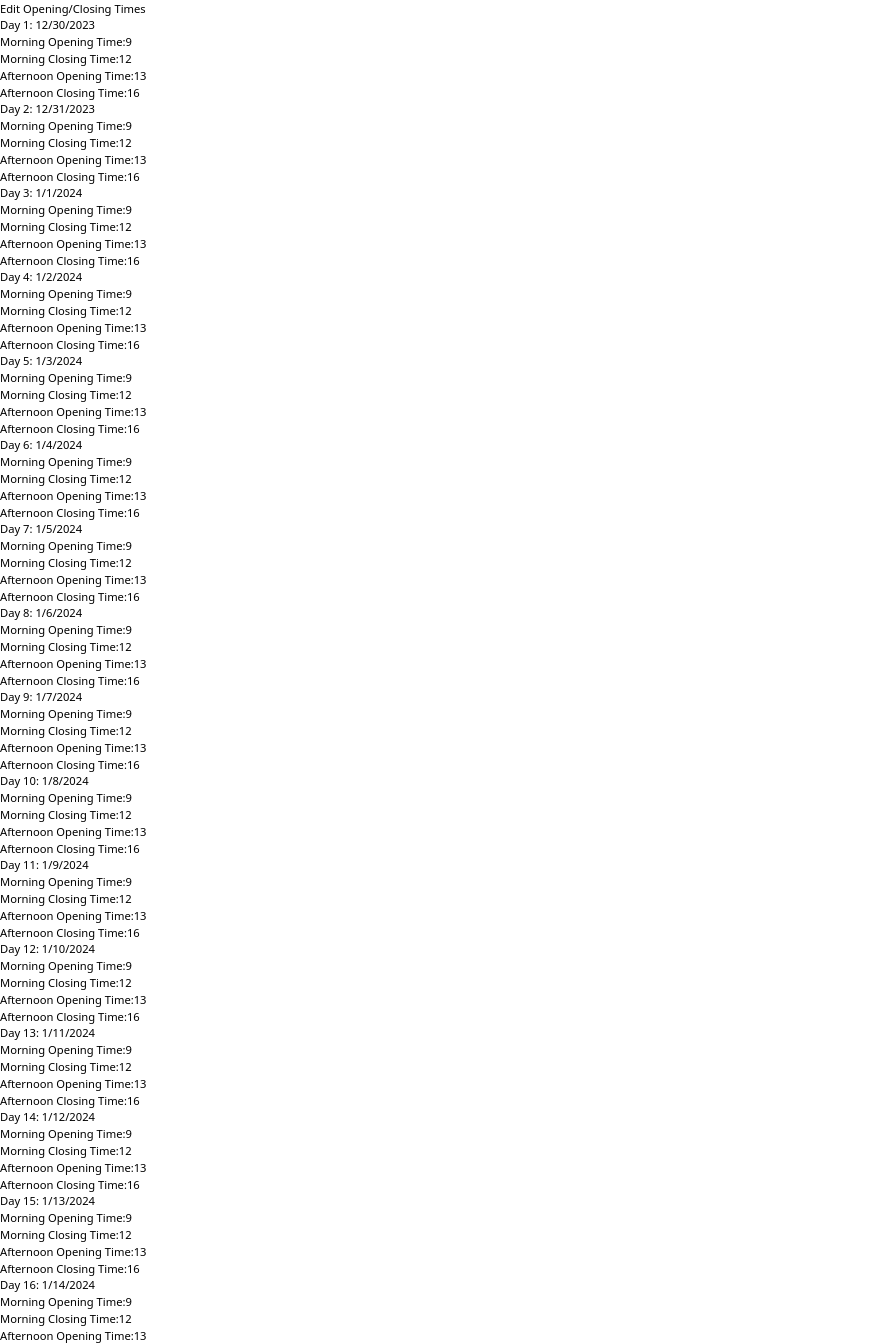
Repository: ImedBousakhria/appointment_system_prototype
Page: /
The author's editor kept a copy of each file at every save. The page is drawn from the files as they stood at one save, then again after the next save.
The browser window is 1280 px wide. The pictures show the part of the page from y = 0 to 1920 px (the page is 3648 px tall before and 3672 px after), at 70% of full size.
The project was rebuilt for these pictures with package versions that can differ from the ones it lists, and the page was loaded fresh each time. Also part of the build but not shown: vite.config.js, src/Calendar.css.

Above is the page before, as saved 2024-01-04 03:27:10.

### src/main.jsx
import React from 'react'
import ReactDOM from 'react-dom/client'
import './index.css'
import Calendar from './Calendar'
import "./Calendar.css"
import Availability from './Availability'
import { getDaysArray } from './consts/config'

ReactDOM.createRoot(document.getElementById('root')).render(
  <React.StrictMode>
    <Availability daysArray={getDaysArray()} />
  </React.StrictMode>,
)

### src/index.css
/* styles.css */

@import 'tailwindcss/base';
@import 'tailwindcss/components';
@import 'tailwindcss/utilities';

/* Your custom styles go here */

### src/Availability.jsx
import React, { useState } from "react";
import { getDaysArray } from "./consts/config";

const Availability = ({ daysArray, onUpdateDaysArray }) => {
  const [editedDaysArray, setEditedDaysArray] = useState([...daysArray]);

  const handleInputChange = (dayIndex, period, field, value) => {
    setEditedDaysArray((prevDaysArray) => {
      const updatedDaysArray = [...prevDaysArray];
      updatedDaysArray[dayIndex][period][field] = value;
      return updatedDaysArray;
    });
  };

  const handleUpdateClick = () => {
    onUpdateDaysArray([...editedDaysArray]);
  };

  return (
    <div>
      <h2>Edit Opening/Closing Times</h2>
      {editedDaysArray.map((day, index) => (
        <div key={index}>
          <p>{`Day ${index + 1}: ${day.date.toLocaleDateString()}`}</p>
          <div>
            <label>Morning Opening Time:</label>
            <input
              type="number"
              value={day.morning.openingTime}
              onChange={(e) =>
                handleInputChange(
                  index,
                  "morning",
                  "openingTime",
                  parseInt(e.target.value, 10)
                )
              }
            />
          </div>
          <div>
            <label>Morning Closing Time:</label>
            <input
              type="number"
              value={day.morning.closingTime}
              onChange={(e) =>
                handleInputChange(
                  index,
                  "morning",
                  "closingTime",
                  parseInt(e.target.value, 10)
                )
              }
            />
          </div>
          <div>
            <label>Afternoon Opening Time:</label>
            <input
              type="number"
              value={day.afternoon.openingTime}
              onChange={(e) =>
                handleInputChange(
                  index,
                  "afternoon",
                  "openingTime",
                  parseInt(e.target.value, 10)
                )
              }
            />
          </div>
          <div>
            <label>Afternoon Closing Time:</label>
            <input
              type="number"
              value={day.afternoon.closingTime}
              onChange={(e) =>
                handleInputChange(
                  index,
                  "afternoon",
                  "closingTime",
                  parseInt(e.target.value, 10)
                )
              }
            />
          </div>
        </div>
      ))}
      <button onClick={handleUpdateClick}>Update</button>
    </div>
  );
};

// Example usage in another component
const YourComponent = () => {
  const [daysArray, setDaysArray] = useState(getDaysArray());

  const handleUpdateDaysArray = (updatedDaysArray) => {
    // You can perform any necessary validation or processing here
    setDaysArray(updatedDaysArray);
  };

  return (
    <div>
      {/* Your existing components */}
      {/* ... */}
      {/* DaysArrayEditor component */}
      <Availability
        daysArray={daysArray}
        onUpdateDaysArray={handleUpdateDaysArray}
      />
    </div>
  );
};

export default Availability;

### src/consts/config.js
export const OPENING_TIME_MORNING = 9; // in hours
export const CLOSING_TIME_MORNING = 12; // in hours
export const OPENING_TIME_AFTERNOON = 13; // in hours
export const CLOSING_TIME_AFTERNOON = 16; // in hours
export const INTERVAL = 30; // every 30 minutes

export const getDaysArray = () => {
  const currentDate = new Date();
  const currentYear = currentDate.getFullYear();
  const currentMonth = currentDate.getMonth();
  const currentDay = currentDate.getDate();

  const daysArray = [];
  const daysToGenerate = 30;

  for (let dayOffset = 0; dayOffset < daysToGenerate; dayOffset++) {
    const date = new Date(currentYear, currentMonth, currentDay + dayOffset);
    daysArray.push({
      date,
      morning: {
        openingTime: OPENING_TIME_MORNING,
        closingTime: CLOSING_TIME_MORNING,
      },
      afternoon: {
        openingTime: OPENING_TIME_AFTERNOON,
        closingTime: CLOSING_TIME_AFTERNOON,
      },
    });
  }

  return daysArray;
};

### tailwind.config.js
/** @type {import('tailwindcss').Config} */
module.exports = {
  content: ["./src/**/*.{js,jsx,ts,tsx}"],
  theme: {
    extend: {
      colors: {

      },
    },
  },
  plugins: [],
};

### src/Calendar.jsx
import React, { useState, useEffect } from "react";
import { motion } from "framer-motion";
import ReactCalendar from "react-calendar";
import { FixedSizeList } from "react-window";
import { add, format } from "date-fns";
import { getDaysArray, INTERVAL } from "./consts/config";

const TimeRow = ({ index, style, data, activeTime, onClick }) => {
  const isActive = activeTime
    ? activeTime.getTime() === data[index].getTime()
    : false;

  return (
    <div
      style={{ ...style }}
      className={`py-2 px-3 cursor-pointer font-semibold hover:bg-gray-200 rounded-md my-3 ${
        isActive ? " bg-blue-200 hover:bg-blue-200" : ""
      }`}
      onClick={() => onClick(data[index])}
    >
      {format(data[index], "kk:mm")}
    </div>
  );
};

const TimeSelection = ({ allTimes, activeTime, onClick, onBack }) => (
  <motion.div
    initial={{ opacity: 0, x: -20 }}
    animate={{
      opacity: 1,
      x: 0,
      transition: { type: "spring", stiffness: 120 },
    }}
    className="bg-white flex flex-col justify-around px-3 py-2 rounded-md"
  >
    <div className="mb-3 border-b pb-2 flex justify-between items-center px-1">
      <h4 className="">Selected time slot:</h4>
      <span
        onClick={onBack}
        className="border p-1.5 cursor-pointer hover:bg-gray-300"
      >
        Back
      </span>
    </div>
    <FixedSizeList
      height={360}
      width={200}
      itemSize={50}
      itemCount={allTimes.length}
      itemData={{
        times: allTimes,
        activeTime,
        onClick,
      }}
    >
      {({ index, style }) => (
        <TimeRow
          index={index}
          style={style}
          data={allTimes}
          activeTime={activeTime}
          onClick={onClick}
        />
      )}
    </FixedSizeList>
  </motion.div>
);

/* const DateSelection = ({ onSelectDate, onNext }) => (
  <motion.div
    initial={{ opacity: 0, x: -20 }}
    animate={{
      opacity: 1,
      x: 0,
      transition: { type: "spring", stiffness: 120 },
    }}
    className="bg-white flex flex-col justify-around pl-3 py-2 pr-3 rounded-md"
  >
    <ReactCalendar
      minDate={new Date()}
      className="REACT-CALENDAR"
      view="month"
      onClickDay={onSelectDate}
    />
    <button
      onClick={onNext}
      className="mt-3 bg-blue-500 text-white p-2 rounded"
    >
      Next
    </button>
  </motion.div>
); */

export const Calendar = () => {
  const [date, setDate] = useState({
    justDate: undefined,
    dateTime: undefined,
  });

  const [activeTime, setActiveTime] = useState(null);
  const [showCalendar, setShowCalendar] = useState(false);
  const [showTimeSelection, setShowTimeSelection] = useState(false);
  const daysArray = getDaysArray();

  const getTimes = () => {
    if (!date.justDate) return [];
    const { justDate } = date;
    const selectedDay = daysArray.find(
      (day) => day.date.getTime() === justDate.getTime()
    );
    console.log(selectedDay);

    const beginningMorning = add(justDate, {
      hours: selectedDay.morning.openingTime,
    });
    const endMorning = add(justDate, {
      hours: selectedDay.morning.closingTime,
    });
    const beginningAfternoon = add(justDate, {
      hours: selectedDay.afternoon.openingTime,
    });
    const endAfternoon = add(justDate, {
      hours: selectedDay.afternoon.closingTime,
    });
    const interval = INTERVAL;

    const times = [];
    for (
      let i = beginningMorning;
      i <= endMorning;
      i = add(i, { minutes: interval })
    ) {
      times.push(new Date(i));
    }

    // Generate times for the afternoon
    for (
      let i = beginningAfternoon;
      i <= endAfternoon;
      i = add(i, { minutes: interval })
    ) {
      times.push(new Date(i));
    }
    return times;
  };

  const handleDateClick = (selectedDate) => {
    setDate((prev) => ({ ...prev, justDate: selectedDate }));
    setActiveTime(null); // Reset active time when a new date is selected
  };

  const handleTimeRowClick = (selectedTime) => {
    setActiveTime(selectedTime);
    // Do something with the selected time, e.g., update state
    console.log(activeTime);
  };

  const handleTimeSelectionBackClick = () => {
    // Reset date and active time when going back from time selection
    setDate((prevDate) => ({ ...prevDate, justDate: undefined }));
    setActiveTime(null);
    setShowTimeSelection(false);
  };

  const handleNextButtonClick = () => {
    setShowTimeSelection(true);
  };

  const handleCalendarClose = () => {
    // Reset date and hide the calendar
    setDate((prevDate) => ({ ...prevDate, justDate: undefined }));
    setShowCalendar(false);
  };

  const [allTimes, setAllTimes] = useState([]);

  useEffect(() => {
    // Update allTimes when date.justDate changes
    setAllTimes(getTimes());
  }, [date.justDate, showTimeSelection]);

  return (
    <div className="bg-slate-600 flex w-screen gap-6 justify-center">
      <div className="">
        {!showCalendar && !showTimeSelection && (
          <h2 onClick={() => setShowCalendar(true)}>Select a Date</h2>
        )}

        {showCalendar && !showTimeSelection && (
          <motion.div
            initial={{ opacity: 0, x: -20 }}
            animate={{
              opacity: 1,
              x: 0,
              transition: { type: "spring", stiffness: 120 },
            }}
            className="bg-white flex flex-col justify-around pl-3 py-2 pr-3 rounded-md"
          >
            <ReactCalendar
              minDate={new Date()}
              className="REACT-CALENDAR"
              view="month"
              onClickDay={handleDateClick}
            />
            {date.justDate && (
              <motion.button
                onClick={handleNextButtonClick}
                className="mt-3 bg-blue-500 text-white p-2 rounded"
                initial={{ opacity: 0, x: -20 }}
                animate={{
                  opacity: 1,
                  x: 0,
                  transition: { type: "spring", stiffness: 80 },
                }}
              >
                Next
              </motion.button>
            )}
            <button
              onClick={handleCalendarClose}
              className="mt-3 bg-red-500 text-white p-2 rounded"
            >
              Close
            </button>
          </motion.div>
        )}
      </div>
      {date.justDate && showTimeSelection && (
        <div className="">
          <TimeSelection
            allTimes={allTimes}
            activeTime={activeTime}
            onClick={handleTimeRowClick}
            onBack={handleTimeSelectionBackClick}
          />
        </div>
      )}
      <div className=" bg-blue-600" onClick={() => console.log(getDaysArray())}>
        {" "}
        Click here to display all days
      </div>
      {/* <InlineWidget url="https://calendly.com/bousakhriaimed" /> */}
    </div>
  );
};

export default Calendar;

/* import React, { useState } from "react";
import { motion, useAnimation } from "framer-motion";
import { InlineWidget } from "react-calendly";
import ReactCalendar from "react-calendar";
import { FixedSizeList } from "react-window";
import { add, format } from "date-fns";
import {
  OPENING_TIME_MORNING,
  CLOSING_TIME_MORNING,
  OPENING_TIME_AFTERNOON,
  CLOSING_TIME_AFTERNOON,
  INTERVAL,
} from "./consts/config";

export const Calendar = () => {
  const [date, setDate] = useState({
    justDate: undefined,
    dateTime: undefined,
  });

  const [activeTime, setActiveTime] = useState(null);

  const getTimes = (openingTime, closingTime) => {
    if (!date.justDate) return [];
    const { justDate } = date;
    const beginning = add(justDate, { hours: openingTime });
    const end = add(justDate, { hours: closingTime });
    const interval = INTERVAL;

    const times = [];
    for (let i = beginning; i <= end; i = add(i, { minutes: interval })) {
      times.push(new Date(i));
    }
    return times;
  };

  const morningTimes = getTimes(OPENING_TIME_MORNING, CLOSING_TIME_MORNING);
  const afternoonTimes = getTimes(
    OPENING_TIME_AFTERNOON,
    CLOSING_TIME_AFTERNOON
  );
  const handleDateClick = (selectedDate) => {
    setDate((prev) => ({ ...prev, justDate: selectedDate }));
    setActiveTime(null); // Reset active time when a new date is selected
  };

  const handleTimeRowClick = (selectedTime) => {
    setActiveTime(selectedTime);
    // Do something with the selected time, e.g., update state
    console.log(activeTime);
  };

  // Concatenate morningTimes and afternoonTimes into a single array
  const allTimes = [...morningTimes, ...afternoonTimes];
  return (
    <div className=" bg-slate-600 flex w-screen gap-6 justify-center">
      <ReactCalendar
        minDate={new Date()}
        className="REACT-CALENDAR"
        view="month"
        onClickDay={handleDateClick}
      />
      {date.justDate ? (
        <motion.div
          initial={{ opacity: 0, x: -20 }}
          animate={{
            opacity: 1,
            x: 0,
            transition: { type: "spring", stiffness: 300 },
          }}
          className=" bg-white flex flex-col justify-around pl-3 py-2 pr-3 rounded-md"
        >
          <div className="mb-3 border-b pb-2 flex justify-between items-center px-1">
            <h4 className="">Selected time slot:</h4>
            <span
              onClick={() => {
                setActiveTime(null);
                setDate((prevDate) => ({ dateTime: null, justDate: undefined }));
              }} // Clear selected time
              className="border p-1.5 cursor-pointer hover:bg-gray-300"
            >
              X
            </span>
          </div>
          <FixedSizeList
            height={350} // Adjust the height as needed
            width={200} // Adjust the width as needed
            itemSize={50} // Adjust the item size as needed
            itemCount={allTimes.length}
            itemData={{
              times: allTimes,
              activeTime,
              onClick: handleTimeRowClick,
            }}
          >
            {({ index, style }) => (
              <TimeRow
                index={index}
                style={style}
                data={allTimes}
                activeTime={activeTime}
                onClick={handleTimeRowClick}
              />
            )}
          </FixedSizeList>
        </motion.div>
      ) : null}
    </div>
  );
};

export default Calendar;

const TimeRow = ({ index, style, data, activeTime, onClick }) => {
  const isActive = activeTime
    ? activeTime.getTime() === data[index].getTime()
    : false;

  return (
    <div
      style={{ ...style }}
      className={`py-2 px-3 cursor-pointer font-semibold hover:bg-gray-200 rounded-md my-3 ${
        isActive ? " bg-blue-200 hover:bg-blue-200" : ""
      }`}
      onClick={() => onClick(data[index])}
    >
      {format(data[index], "kk:mm")}
    </div>
  );
};
 */

Loaded but not shown: index.html (common file)

After the next save:
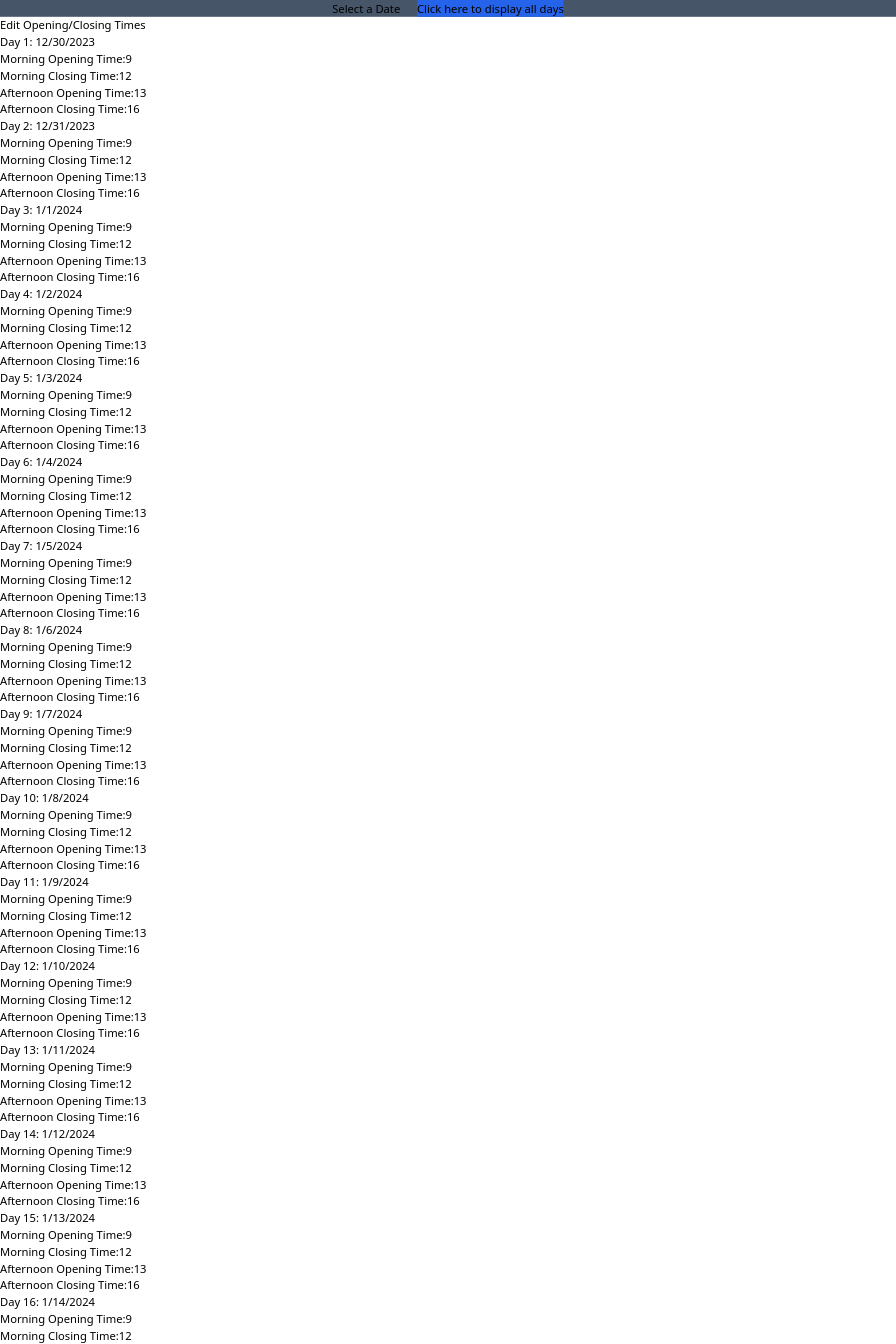
Saved 32 s later.
--- a/src/main.jsx
+++ b/src/main.jsx
@@ -8,6 +8,7 @@ import { getDaysArray } from './consts/config'
 
 ReactDOM.createRoot(document.getElementById('root')).render(
   <React.StrictMode>
+    <Calendar />
     <Availability daysArray={getDaysArray()} />
   </React.StrictMode>,
 )
